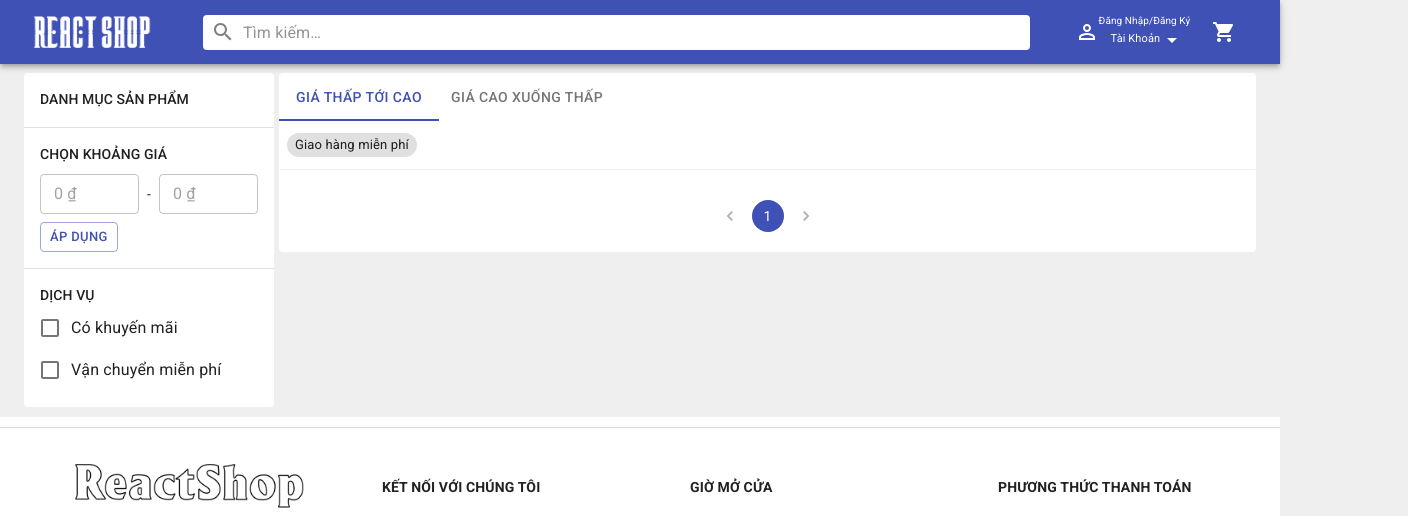
Repository: tvsinh/learn-react
Page: /
The author's editor kept a copy of each file at every save. The page is drawn from the files as they stood at one save, then again after the next save.
The browser window is 1280 px wide. The page is 1408 px wide, so the pictures cover 1408 px, including what lies to the right of the window. The pictures show the part of the page from y = 0 to 516 px (the page is 2409 px tall before and 2415 px after).
Pictures or frames that could not be fetched are drawn as grey boxes. The page's requests for data from a server got no answer. The project was rebuilt for these pictures with package versions that can differ from the ones it lists, and the page was loaded fresh each time. No one was signed in, and anything a server would have sent is missing. Also part of the build but not shown: src/components/form-controls/InputField/index.jsx, src/features/Todo/components/TodoForm/index.jsx, src/components/form-controls/PasswordField/index.jsx, src/features/Auth/components/LoginForm/index.jsx, src/features/Auth/components/Login/index.jsx, src/features/Auth/components/RegisterForm/index.jsx, src/features/Auth/components/Register/index.jsx, src/features/Cart/components/MiniSuccessCart.jsx and 48 more.

Above is the page before, as saved 2021-08-12 11:37:16.

### public/index.html
<!DOCTYPE html>
<html lang="en">
  <head>
    <meta charset="utf-8" />
    <link rel="icon" href="%PUBLIC_URL%/shop.ico" />
    <meta name="viewport" content="width=device-width, initial-scale=1" />
    <meta name="theme-color" content="#000000" />
    <meta
      name="description"
      content="Web site created using create-react-app"
    />
    <link rel="apple-touch-icon" href="%PUBLIC_URL%/store.png" />
    <!--
      manifest.json provides metadata used when your web app is installed on a
      user's mobile device or desktop. See https://developers.google.com/web/fundamentals/web-app-manifest/
    -->
    <link rel="manifest" href="%PUBLIC_URL%/manifest.json" />
    <!--
      Notice the use of %PUBLIC_URL% in the tags above.
      It will be replaced with the URL of the `public` folder during the build.
      Only files inside the `public` folder can be referenced from the HTML.

      Unlike "/favicon.ico" or "favicon.ico", "%PUBLIC_URL%/favicon.ico" will
      work correctly both with client-side routing and a non-root public URL.
      Learn how to configure a non-root public URL by running `npm run build`.
    -->
    <link rel="stylesheet" href="https://fonts.googleapis.com/css?family=Roboto:300,400,500,700&display=swap" />
    <title>React Shop</title>
  </head>
  <body>
    <noscript>You need to enable JavaScript to run this app.</noscript>
    <div id="root"></div>
    <!--
      This HTML file is a template.
      If you open it directly in the browser, you will see an empty page.

      You can add webfonts, meta tags, or analytics to this file.
      The build step will place the bundled scripts into the <body> tag.

      To begin the development, run `npm start` or `yarn start`.
      To create a production bundle, use `npm run build` or `yarn build`.
    -->
  </body>
</html>

### src/index.css
html {
  background-color: rgb(239, 239, 239);
}

body {
  margin: 0;
  font-family: -apple-system, BlinkMacSystemFont, 'Segoe UI', 'Roboto', 'Oxygen',
    'Ubuntu', 'Cantarell', 'Fira Sans', 'Droid Sans', 'Helvetica Neue',
    sans-serif;
  -webkit-font-smoothing: antialiased;
  -moz-osx-font-smoothing: grayscale;
}

code {
  font-family: source-code-pro, Menlo, Monaco, Consolas, 'Courier New',
    monospace;
}

### src/features/Product/index.jsx
import { Box } from '@material-ui/core';
import React from 'react';
import { Route, Switch, useRouteMatch } from 'react-router-dom';
import DetailPage from './pages/DetailPage';
import ListPage from './pages/ListPage';

function ProductFeature(props) {
  const match = useRouteMatch();

  return (
    <Box>
      <Switch>
        <Route path={match.url} exact component={ListPage} />
        <Route path={`${match.url}/:productId`} component={DetailPage} />
      </Switch>
    </Box>
  );
}

export default ProductFeature;

### src/features/Product/components/ProductFilters.jsx
import { Box, Button } from '@material-ui/core';
import { makeStyles } from '@material-ui/core/styles';
import { Close } from '@material-ui/icons';
import PropTypes from 'prop-types';
import React from 'react';
import FilterByCategory from './Filters/FilterByCategory';
import FilterByPrice from './Filters/FilterByPrice';
import FilterByService from './Filters/FilterByService';

ProductFilters.propTypes = {
  // filters: PropTypes.object.isRequired,
  filters: PropTypes.object,
  onChange: PropTypes.func,
  onClick: PropTypes.func,
};
const useStyles = makeStyles((theme) => ({
  rootMobile: {
    position: 'relative',
  },
  iconRight: {
    [theme.breakpoints.down('md')]: {
      right: '0',
      position: 'fixed',
      margin: '10px 10px 0 0',
    },
  },
  button: {
    position: 'fixed',
    padding: '11px',
    bottom: '0',
    width: '80%',
    backgroundColor: '#fff',
    borderTop: '1px solid rgba(0,0,0,0.1)',
  },
  sectionDesktop: {
    display: 'none',
    [theme.breakpoints.up('md')]: {
      display: 'block',
    },
  },
  sectionMobile: {
    position: 'fixed',
    backgroundColor: 'white',
    right: '0',
    zIndex: '100',
    transition: '500ms',
    paddingBottom: '110px',
    width: '80%',
    height: '100%',
    overflowY: 'scroll',
    [theme.breakpoints.up('md')]: {
      display: 'none',
    },
  },
}));
function ProductFilters({ filters, onChange = {}, onClick = {} }) {
  const classes = useStyles();
  const handleCategoryChange = (newCategoryName) => {
    if (!onChange) return;

    const newFilters = {
      'category.name': newCategoryName,
      _page: 1, // Reset page to first
      // 'category.searchTerm': null,
    };
    onChange(newFilters);
  };

  const handeChange = (values) => {
    console.log(values);
    if (onChange) onChange(values);
  };

  const handleClose = () => {
    onClick(false);
  };

  return (
    <>
      <Box className={classes.sectionDesktop}>
        <FilterByCategory onChange={handleCategoryChange} />
        <FilterByPrice onChange={handeChange} />
        <FilterByService filters={filters} onChange={handeChange} />
      </Box>

      <Box className={classes.rootMobile}>
        <Box className={classes.sectionMobile}>
          <Close onClick={handleClose} className={classes.iconRight} />
          <FilterByCategory onChange={handleCategoryChange} />
          <FilterByPrice onChange={handeChange} />
          <FilterByService filters={filters} onChange={handeChange} />

          <Box className={classes.button}>
            <Button onClick={handleClose} variant="contained" color="primary" fullWidth>
              Xong
            </Button>
          </Box>
        </Box>
      </Box>
    </>
  );
}

export default ProductFilters;

### src/features/Product/components/ProductList.jsx
import { Box, Grid } from '@material-ui/core';
import PropTypes from 'prop-types';
import React from 'react';
import Product from './Product';

ProductList.propTypes = {
  data: PropTypes.array,
};

ProductList.defaultProps = {
  data: [],
};

function ProductList({ data }) {
  return (
    <Box
      style={{
        borderLeft: 'solid 1px #FFF',
        borderRight: 'solid 1px #FFF',
      }}
    >
      <Grid
        container
        style={{
          borderTop: 'solid 1px #f1f1f1',
          borderLeft: 'solid 1px #f1f1f1',
        }}
      >
        {data.map((product) => (
          <Grid item key={product.id} xs={6} sm={6} md={4} lg={3}>
            <Product product={product} />
          </Grid>
        ))}
      </Grid>
    </Box>
  );
}

export default ProductList;

### src/features/Product/components/ProductSkeletonList.jsx
import React from 'react';
import PropTypes from 'prop-types';
import { Box, Grid } from '@material-ui/core';
import { Skeleton } from '@material-ui/lab';
import { makeStyles } from '@material-ui/core/styles';

ProductSkeletonList.propTypes = {
  length: PropTypes.number,
};
const useStyles = makeStyles((theme) => ({
  box: {
    padding: theme.spacing(0.5),
  },
  boxImg: {
    position: 'relative',
    width: '100%',
    paddingTop: '100%',
    marginBottom: '5px',
  },
  productImg: {
    position: 'absolute',
    top: '0',
    left: '0',
    bottom: '0',
    right: '0',
    width: '100%',
    height: '100%',
    padding: '8px',
  },
  boxText: {
    height: '80px',
  },
  boxName: {
    height: '40px',
    marginBottom: '5px',
  },
  boxPrice: {},
  textName: {
    height: '22px',
    lineHeight: '1.43',
  },
  text: {
    height: '21px',
  },
}));

function ProductSkeletonList({ length = 6 }) {
  const classes = useStyles();
  return (
    <Box>
      <Grid container>
        {Array.from(new Array(length)).map((x, index) => (
          <Grid item key={index} xs={6} sm={6} md={4} lg={3}>
            <Box padding={1}>
              <Box className={classes.box}>
                <Box className={classes.boxImg}>
                  <Skeleton variant="rect" className={classes.productImg} />
                </Box>
              </Box>
              <Box className={classes.boxText}>
                <Box className={classes.boxName}>
                  <Skeleton className={classes.textName} />
                  <Skeleton width="96%" className={classes.textName} />
                </Box>
                <Box className={classes.boxPrice}>
                  <Skeleton width="55%" className={classes.text} />
                </Box>
              </Box>
            </Box>
          </Grid>
        ))}
      </Grid>
    </Box>
  );
}

export default ProductSkeletonList;

### src/features/Product/components/ProductSort.jsx
import React from 'react';
import PropTypes from 'prop-types';
import { Tab, Tabs } from '@material-ui/core';
import { makeStyles } from '@material-ui/core/styles';

ProductSort.propTypes = {
  currentSort: PropTypes.string.isRequired,
  onChange: PropTypes.func,
};

const useStyles = makeStyles((theme) => ({
  root: {
    [theme.breakpoints.down('md')]: {
      minHeight: '35px',
      padding: theme.spacing(0),
      margin: theme.spacing(0),
    },
  },
  sort: {
    [theme.breakpoints.down('md')]: {
      minHeight: '35px',
      padding: theme.spacing(0, 1),
      fontSize: '12.9px',
    },
    [theme.breakpoints.between('sm', 'md')]: {
      marginTop: theme.spacing(1),
    },
  },
}));
function ProductSort({ currentSort, onChange }) {
  const classes = useStyles();

  const handleSortChange = (event, newValue) => {
    if (onChange) onChange(newValue);
  };

  return (
    <Tabs
      value={currentSort}
      indicatorColor="primary"
      textColor="primary"
      onChange={handleSortChange}
      aria-label="disabled tabs example"
      className={classes.root}
    >
      <Tab label="Giá thấp tới cao" value="salePrice:ASC" className={classes.sort}></Tab>
      <Tab label="Giá cao xuống thấp" value="salePrice:DESC" className={classes.sort}></Tab>
    </Tabs>
  );
}

export default ProductSort;

### src/components/BackToTop/index.jsx
import { Zoom } from '@material-ui/core';
import CssBaseline from '@material-ui/core/CssBaseline';
import Fab from '@material-ui/core/Fab';
import { makeStyles } from '@material-ui/core/styles';
import useScrollTrigger from '@material-ui/core/useScrollTrigger';
import KeyboardArrowUpIcon from '@material-ui/icons/KeyboardArrowUp';
import PropTypes from 'prop-types';
import React from 'react';
// import Zoom from '@material-ui/core/Zoom';

const useStyles = makeStyles((theme) => ({
  '@global': {
    '@keyframes scrollTop': {
      from: {
        transform: 'translateY(1px)',
      },
      to: {
        transform: 'translateY(-1px)',
      },
    },
  },
  root: {
    zIndex: '1',
    position: 'fixed',
    bottom: theme.spacing(2),
    right: theme.spacing(1),
  },
  iconUp: {
    // '-webkit-animation': 'scrollTop .5s ease alternate infinite',
    animation: '$scrollTop .5s ease alternate infinite',
  },
}));

function ScrollTop(props) {
  const { children } = props;
  const classes = useStyles();

  const trigger = useScrollTrigger({
    disableHysteresis: true,
    threshold: 300,
  });

  const handleClick = (event) => {
    // const anchor = (event.target.ownerDocument || document).querySelector('#back-to-top-anchor');
    // if (anchor) {
    //   anchor.scrollIntoView({ behavior: 'smooth', block: 'center' });
    // }
    window.scrollTo({ top: 0, behavior: `smooth` });
  };

  // if (trigger) {
  //   return (
  //     <div onClick={handleClick} role="presentation" className={classes.root}>
  //       {children}
  //     </div>
  //   );
  // } else {
  //   return null;
  // }

  return (
    <Zoom
      in={trigger}
      timeout={{
        appear: 700,
        enter: 700,
        exit: 700,
      }}
    >
      <div onClick={handleClick} role="presentation" className={classes.root}>
        {children}
      </div>
    </Zoom>
  );
}
ScrollTop.propTypes = {
  children: PropTypes.element.isRequired,
};
export default function BackToTop(props) {
  const classes = useStyles();
  return (
    <React.Fragment>
      <CssBaseline />
      <ScrollTop {...props}>
        <Fab color="primary" size="small" aria-label="scroll back to top">
          <KeyboardArrowUpIcon className={classes.iconUp} />
        </Fab>
      </ScrollTop>
    </React.Fragment>
  );
}

### src/features/SearchInput/index.jsx
import InputBase from '@material-ui/core/InputBase';
import { fade, makeStyles } from '@material-ui/core/styles';
import SearchIcon from '@material-ui/icons/Search';
import { PropTypes } from 'prop-types';
import queryString from 'query-string';
import React, { useEffect, useRef, useState } from 'react';
import { useLocation } from 'react-router';
import { useSelector } from 'react-redux';

const useStyles = makeStyles((theme) => ({
  root: {
    margin: theme.spacing(0, 2),
  },

  search: {
    width: '100%',
    position: 'relative',
    borderRadius: theme.shape.borderRadius,
    backgroundColor: fade(theme.palette.common.white, 1),
    '&:hover': {
      backgroundColor: fade(theme.palette.common.white, 1),
    },

    [theme.breakpoints.up('md')]: {
      width: '68%',
      marginLeft: theme.spacing(2),
    },
  },

  searchIcon: {
    color: fade(theme.palette.common.black, 0.5),
    padding: theme.spacing(0, 1),
    height: '100%',
    position: 'absolute',
    pointerEvents: 'none',
    display: 'flex',
    alignItems: 'center',
    justifyContent: 'center',
  },
  inputRoot: {
    color: fade(theme.palette.common.black, 1),
  },
  inputInput: {
    padding: theme.spacing(1, 1, 1, 1),
    // vertical padding + font size from searchIcon
    paddingLeft: `calc(1em + ${theme.spacing(3)}px)`,
    width: '90ch',
    [theme.breakpoints.down('md')]: {
      width: '100%',
      padding: theme.spacing(1, 1, 1, 5),
    },
  },
  sectionDesktop: {
    display: 'none',
    [theme.breakpoints.up('md')]: {
      display: 'flex',
    },
  },
  sectionMobile: {
    display: 'flex',
    [theme.breakpoints.up('md')]: {
      display: 'none',
    },
  },
}));

SearchInput.propTypes = {
  onSubmit: PropTypes.func,
};

function SearchInput({ onSubmit = {} }) {
  const classes = useStyles();
  const location = useLocation();
  const autoFocus = useSelector((state) => state.cart.focusSearch);
  const [searchTerm, setSearchTerm] = useState('');
  const typingTimeoutRef = useRef(null);

  useEffect(() => {
    const params = queryString.parse(location.search);
    if (params['_q']) {
      const valueSearch = params['_q'];
      setSearchTerm(valueSearch);
    } else {
      setSearchTerm('');
    }
  }, [location.search]);

  const handleSearchTermChange = (e) => {
    const value = e.target.value;
    setSearchTerm(value);

    if (!onSubmit) return;
    if (typingTimeoutRef.current) {
      clearTimeout(typingTimeoutRef.current);
    }
    typingTimeoutRef.current = setTimeout(() => {
      if (value.length > 0) {
        onSubmit(value);
      } else {
        return null;
      }
    }, 500);
  };
  const handleOnkeyUp = (e) => {
    // if (e.keyCode === 13) {
    //   console.log(e.keycode);
    //   if (!onSubmit) return;
    //   let value = e.target.value;
    //   value = value.trim();
    //   if (value.length > 0) {
    //     onSubmit(value);
    //   } else {
    //     return null;
    //   }
    // }
  };

  return (
    <div className={classes.search}>
      <div className={classes.searchIcon}>
        <SearchIcon />
      </div>
      <InputBase
        placeholder="Tìm kiếm…"
        classes={{
          root: classes.inputRoot,
          input: classes.inputInput,
        }}
        inputProps={{ 'aria-label': 'search' }}
        type="text"
        value={searchTerm}
        onChange={handleSearchTermChange}
        onKeyUp={handleOnkeyUp}
        autoFocus={autoFocus}
      ></InputBase>
    </div>
  );
}

export default SearchInput;

### src/features/Product/components/Filters/FilterByCategory.jsx
import { Box, makeStyles, Typography } from '@material-ui/core';
import categoryApi from 'api/categoryApi';
import PropTypes from 'prop-types';
import React, { useEffect, useState } from 'react';
import CategorySkeletonList from './../CategorySkeletonList';

const useStyles = makeStyles((theme) => ({
  root: {
    padding: theme.spacing(2),
  },

  menu: {
    padding: 0,
    margin: 0,
    listStyleType: 'none',

    '& > li': {
      marginTop: theme.spacing(1),
      transition: 'all .25s',

      '&:hover': {
        color: '#288ad6',
        cursor: 'pointer',
      },
    },
  },
  categoryName: {
    fontWeight: '400',
    fontSize: '15px',
  },
}));

FilterByCategory.propTypes = {
  onChange: PropTypes.func,
};

function FilterByCategory({ onChange }) {
  const [loading, setLoading] = useState(true);
  const [categoryList, setCategoryList] = useState([]);
  const classes = useStyles();

  useEffect(() => {
    (async () => {
      try {
        const list = await categoryApi.getAll();
        const cateList = await list.map((x) => ({
          id: x.id,
          name: x.name,
        }));
        setCategoryList(cateList);
      } catch (error) {
        console.log('Failed to fetch category list', error);
      }
      setLoading(false);
    })();
  }, []);

  const handleCategoryClick = (category) => {
    if (onChange) {
      onChange(category.name);
    }
  };

  return (
    <Box className={classes.root}>
      <Typography variant="subtitle2">DANH MỤC SẢN PHẨM</Typography>
      {loading ? (
        <CategorySkeletonList />
      ) : (
        <ul className={classes.menu}>
          {categoryList.map((category) => (
            <li key={category.id} onClick={() => handleCategoryClick(category)}>
              <Typography variant="body2" className={classes.categoryName}>
                {category.name}
              </Typography>
            </li>
          ))}
        </ul>
      )}
    </Box>
  );
}

export default FilterByCategory;

### src/features/Product/components/Filters/FilterByService.jsx
import { Box, Checkbox, FormControlLabel, makeStyles, Typography } from '@material-ui/core';
import PropTypes from 'prop-types';
import React from 'react';

const useStyles = makeStyles((theme) => ({
  root: {
    padding: theme.spacing(2),
    borderTop: `1px solid ${theme.palette.grey[300]}`,
  },

  list: {
    padding: 0,
    margin: 0,
    listStyleType: 'none',

    '& > li': {
      margin: 0,
    },
  },
}));

FilterByService.propTypes = {
  filters: PropTypes.object,
  onChange: PropTypes.func,
};

function FilterByService({ filters = {}, onChange }) {
  const classes = useStyles();

  const handleChange = (e) => {
    if (!onChange) return;
    const { name, checked } = e.target;
    onChange({
      [name]: checked,
      _page: 1, // Reset page to first
    });
  };

  return (
    <Box className={classes.root}>
      <Typography variant="subtitle2">DỊCH VỤ</Typography>

      <ul className={classes.list}>
        {[
          { value: 'isPromotion', label: 'Có khuyến mãi' },
          { value: 'isFreeShip', label: 'Vận chuyển miễn phí' },
        ].map((service) => (
          <li key={service.value}>
            <FormControlLabel
              control={
                <Checkbox
                  // checked={Boolean(filters[service.value])}
                  checked={filters[service.value] === 'true'}
                  onChange={handleChange}
                  name={service.value}
                  color="primary"
                />
              }
              label={service.label}
            />
          </li>
        ))}
      </ul>
    </Box>
  );
}

export default FilterByService;

### src/features/Product/components/CategorySkeletonList.jsx
import React from 'react';
import PropTypes from 'prop-types';
import { Box, Grid, makeStyles } from '@material-ui/core';
import { Skeleton } from '@material-ui/lab';

CategorySkeletonList.propTypes = {
  length: PropTypes.number,
};

const useStyles = makeStyles((theme) => ({
  root: {
    display: 'flex',
    flexDirection: 'column',
  },
  skeleton: {
    margin: theme.spacing(0.5, 0),
  },
}));

function CategorySkeletonList({ length = 6 }) {
  const classes = useStyles();
  return (
    <Box>
      <Grid container className={classes.root}>
        {Array.from(new Array(length)).map((x, index) => (
          <Skeleton key={index} variant="text" width={100} className={classes.skeleton} />
        ))}
      </Grid>
    </Box>
  );
}

export default CategorySkeletonList;

Loaded but not shown: src/reportWebVitals.js (common file); src/App.css (common file); src/utils/index.js (common file); src/features/Cart/cartSlice.js (54 lines, source omitted); src/features/Auth/userSlice.js (61 lines, source omitted); src/features/CheckOut/orderSlice.js (57 lines, source omitted); src/api/axiosClient.js (46 lines, source omitted); src/App.js (36 lines, source omitted); src/api/productApi.js (49 lines, source omitted); src/index.js (31 lines, source omitted); src/api/userApi.js (33 lines, source omitted); src/features/Cart/selectors.js (17 lines, source omitted); src/api/categoryApi.js (28 lines, source omitted); src/app/store.js (16 lines, source omitted); src/constants/storage-keys.js (8 lines, source omitted); src/utils/common.js (3 lines, source omitted); src/components/Header/index.jsx (501 lines, source omitted); src/features/Product/pages/ListPage.jsx (305 lines, source omitted); src/features/Product/components/Filters/FilterByPrice.jsx (177 lines, source omitted); src/components/Footer/index.jsx (154 lines, source omitted); src/features/Product/components/FilterViewer.jsx (143 lines, source omitted)

After the next save:
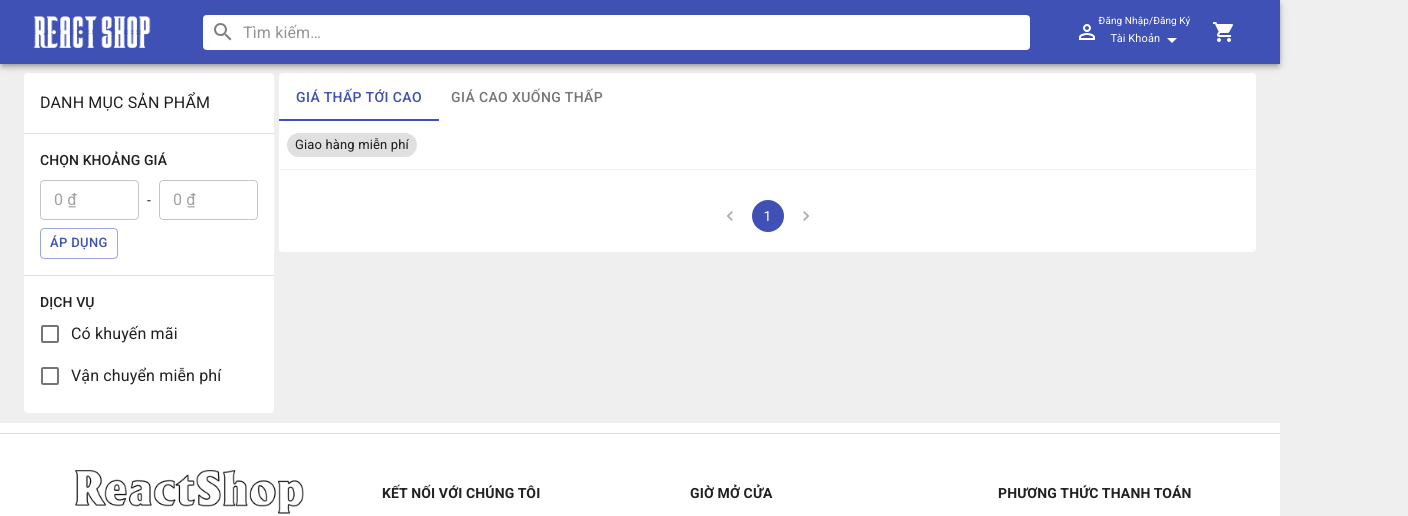
Saved 11 s later.
--- a/src/features/Product/components/Filters/FilterByCategory.jsx
+++ b/src/features/Product/components/Filters/FilterByCategory.jsx
@@ -63,7 +63,7 @@
 
   return (
     <Box className={classes.root}>
-      <Typography variant="subtitle2">DANH MỤC SẢN PHẨM</Typography>
+      <Typography variant="subtitle1">DANH MỤC SẢN PHẨM</Typography>
       {loading ? (
         <CategorySkeletonList />
       ) : (

After the save that followed:
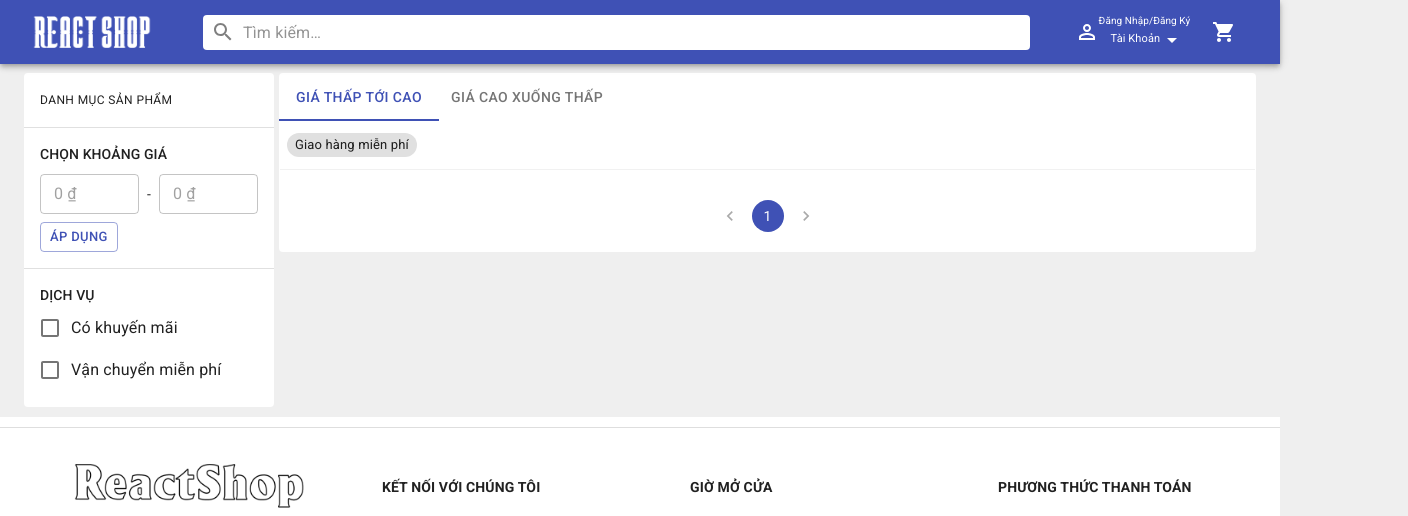
Saved 54 s later.
--- a/src/features/Product/components/Filters/FilterByCategory.jsx
+++ b/src/features/Product/components/Filters/FilterByCategory.jsx
@@ -63,7 +63,7 @@
 
   return (
     <Box className={classes.root}>
-      <Typography variant="subtitle1">DANH MỤC SẢN PHẨM</Typography>
+      <Typography variant="caption">DANH MỤC SẢN PHẨM</Typography>
       {loading ? (
         <CategorySkeletonList />
       ) : (
